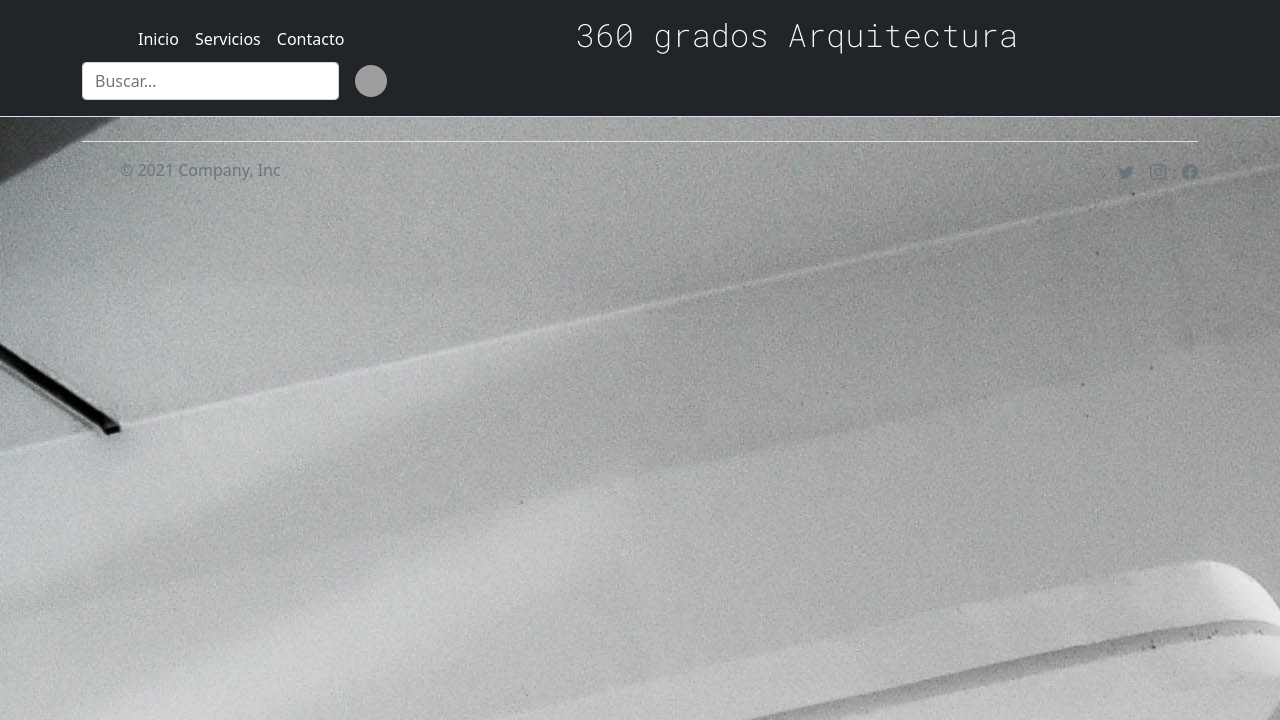
Repository: RaquelAlvarezz/Recuperaci-n-Bootstrap
Page: http://localhost/
An editor plug-in stored every save of this project. The page is shown before and after the next save, followed by the edit.
The browser window is 1280 px wide. The pictures show the whole page.
Pictures or frames that could not be fetched are drawn as grey boxes. The page is run by PHP 8.4 with error messages shown; the project is at /var/www/html/.

Above is the page before, as saved 2022-02-17 13:11:59.

After the next save:
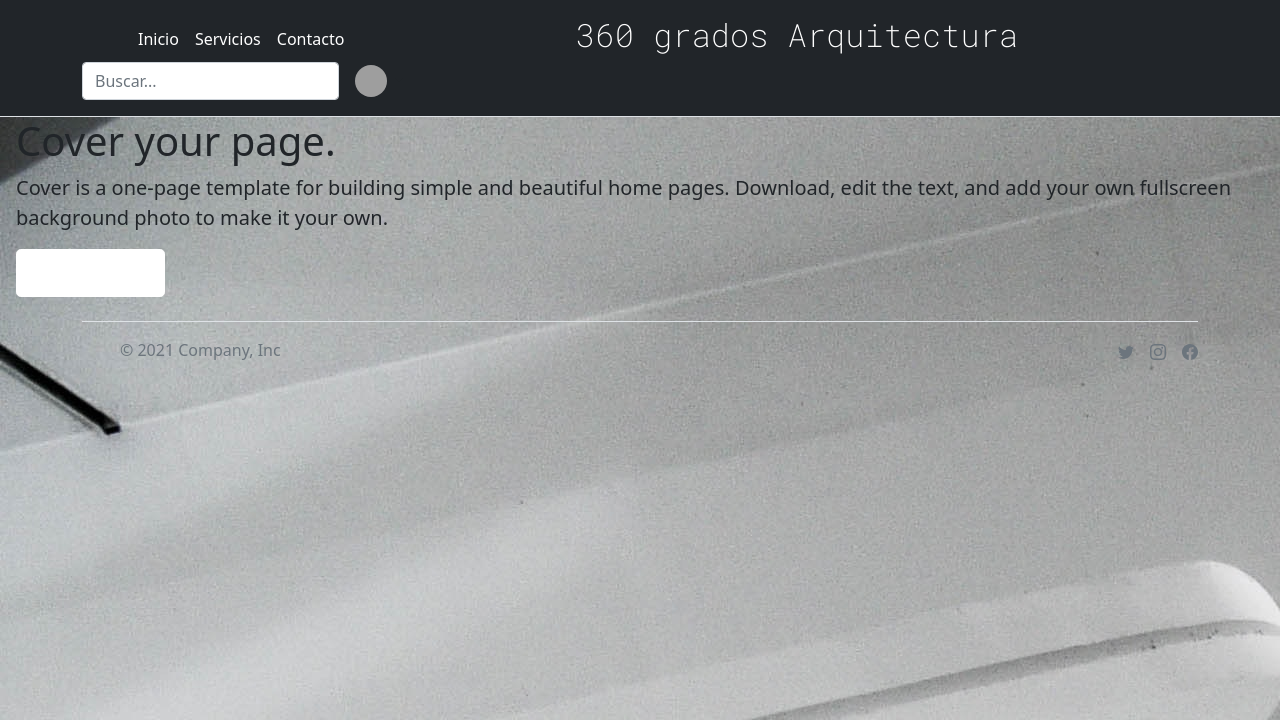
Saved 6 s later.
--- a/index.php
+++ b/index.php
@@ -15,6 +15,13 @@
 
 <main>
 
+<main class="px-3">
+    <h1>Cover your page.</h1>
+    <p class="lead">Cover is a one-page template for building simple and beautiful home pages. Download, edit the text, and add your own fullscreen background photo to make it your own.</p>
+    <p class="lead">
+      <a href="#" class="btn btn-lg btn-secondary fw-bold border-white bg-white">Learn more</a>
+    </p>
+  </main>
 
     </main>
     <?php include "footer.php"; ?>
